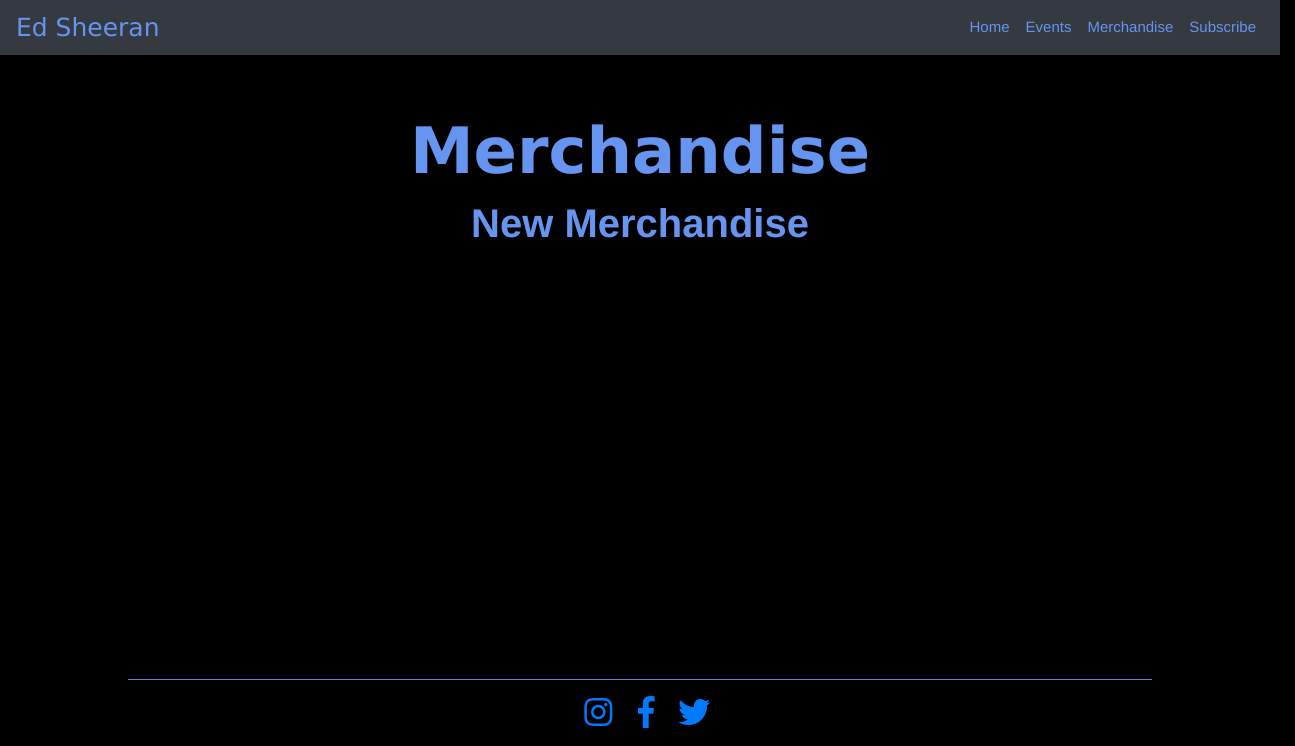
Repository: amit238/milestone-project-1
Page: merchandise.html
The author's editor kept a record of every edit. The page is drawn from the files as they stood at one moment, then again after the next edit.
The browser window is 1280 px wide. The page is 1295 px wide, so the pictures cover 1295 px, including what lies to the right of the window. The pictures show the whole page.
Some web libraries are served in a nearby version.

Above is the page before.

After the next edit:
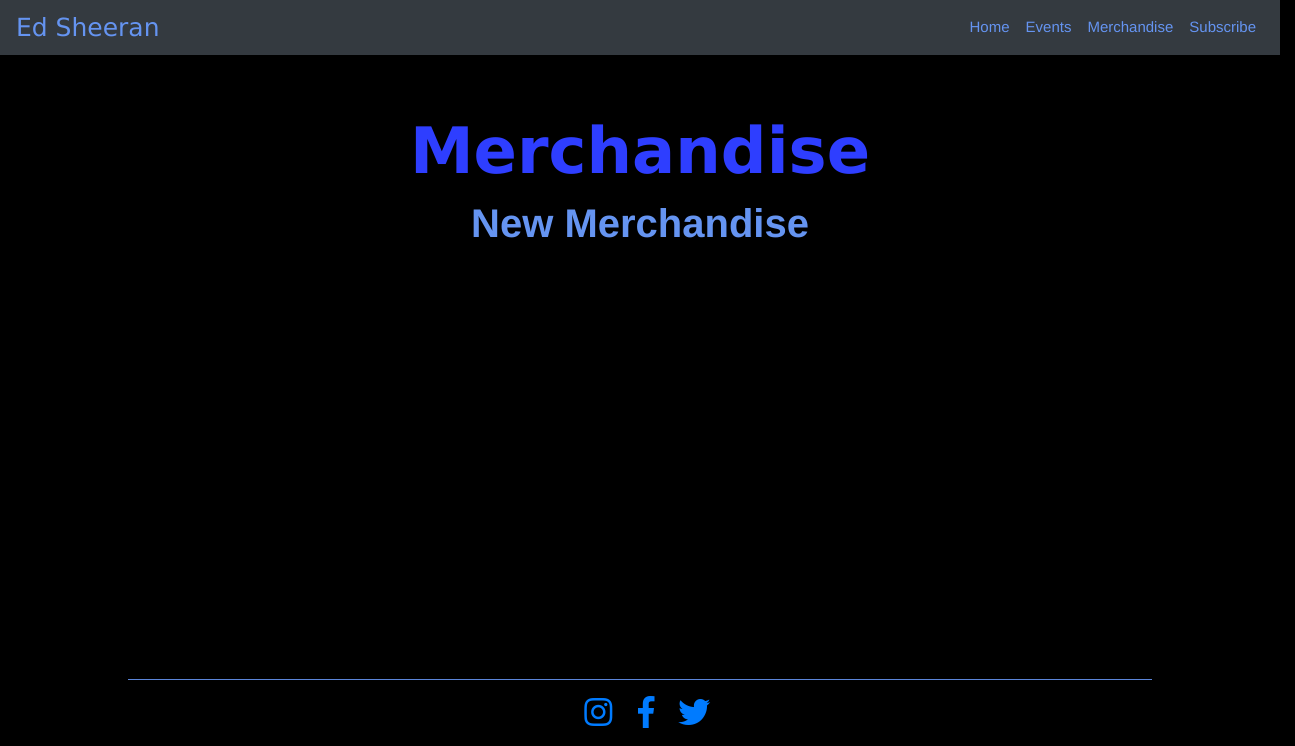
The edit:
--- a/assets/css/style.css
+++ b/assets/css/style.css
@@ -189,7 +189,7 @@
 .Merchandise {
     font-family: Verdana, sans-serif;
     text-align: center;
-    color: #6594F1; #2E3EFF;
+    color: #2E3EFF;
     font-size: 400%;
     font-weight: 800;
 }
